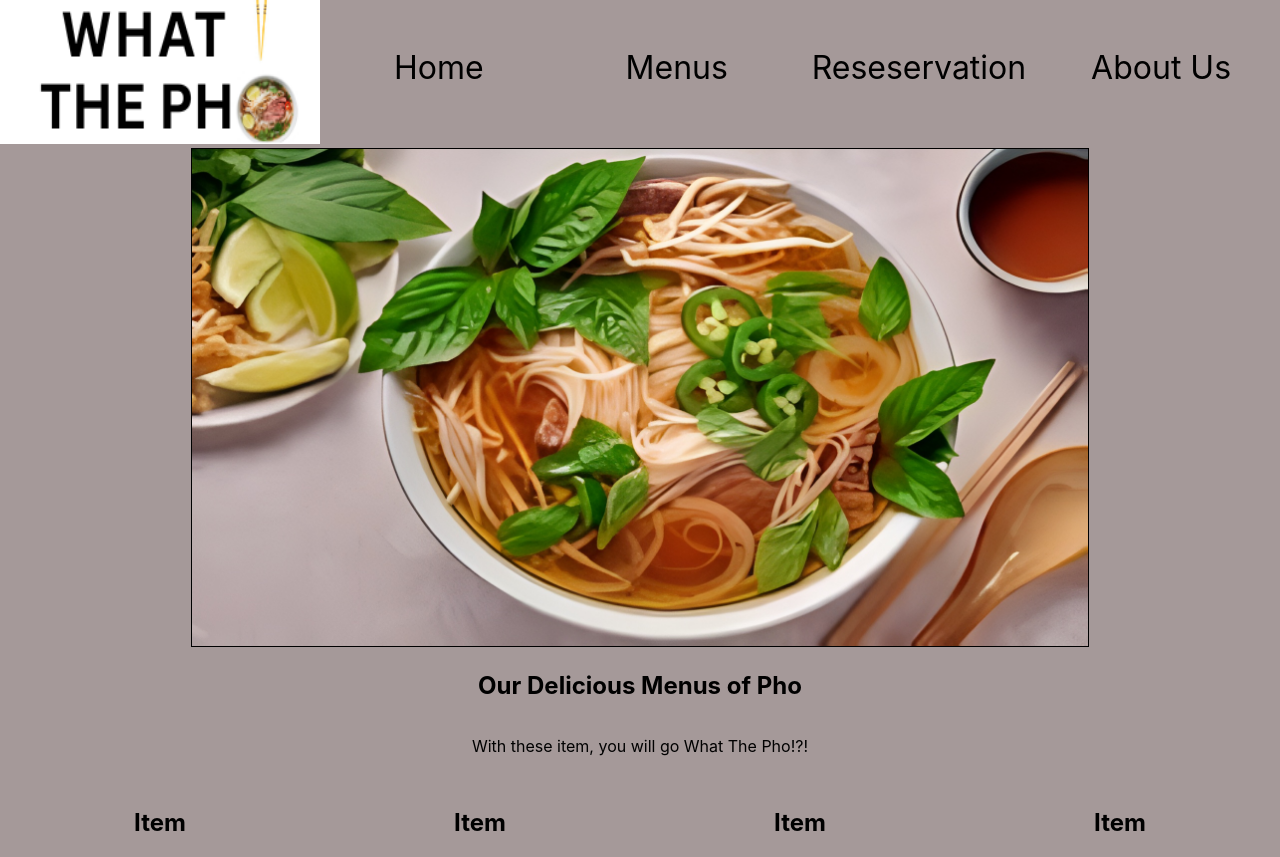
Repository: NguyenkhDang/Restaurant-Website
Page: /
The author's editor kept a copy of each file at every save. The page is drawn from the files as they stood at one save, then again after the next save.
The browser window is 1280 px wide. The pictures show the whole page.
The project was rebuilt for these pictures with package versions that can differ from the ones it lists, and the page was loaded fresh each time.

Above is the page before, as saved 2026-01-15 19:01:26.

After the next save:
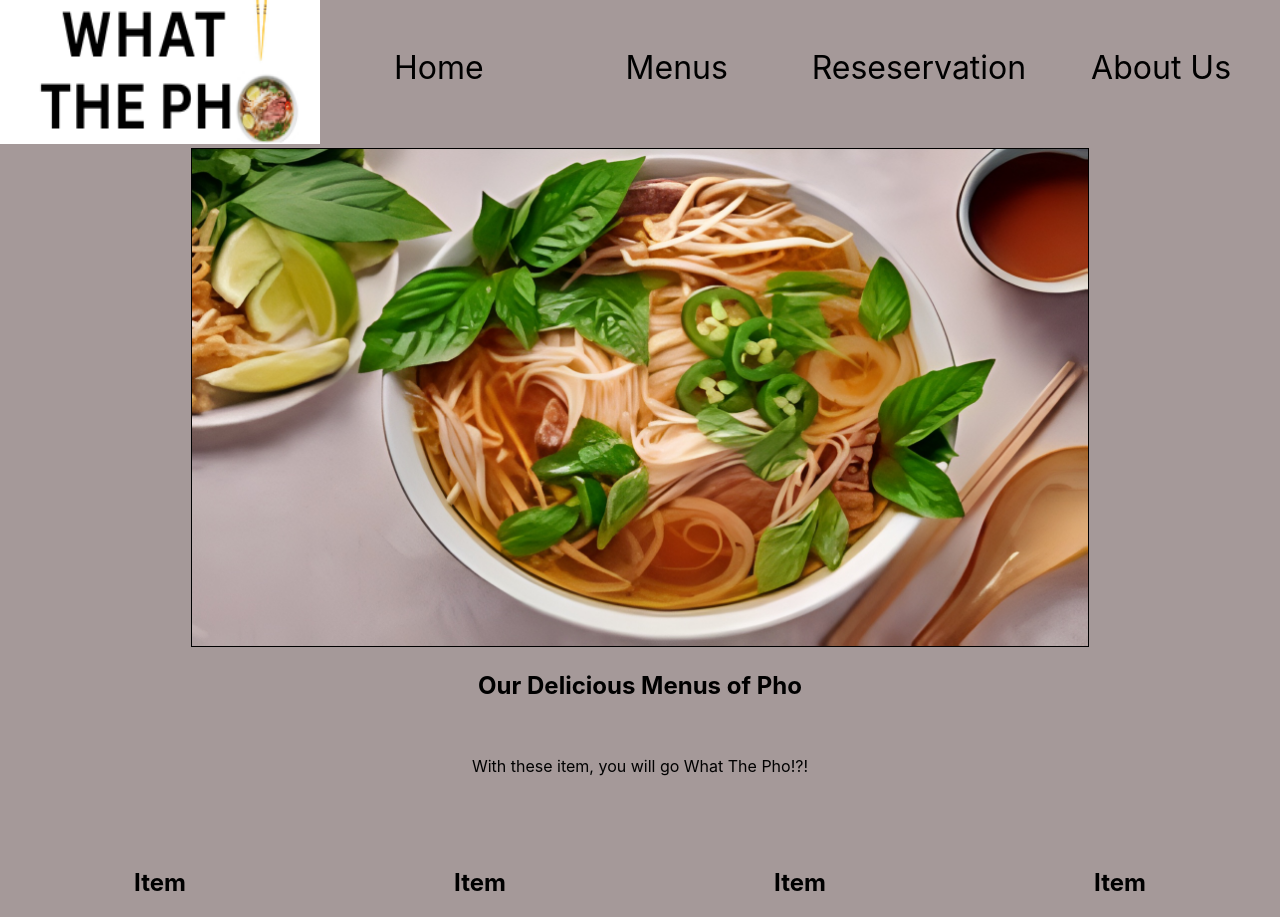
Saved 4 min 4 s later.
--- a/src/App.js
+++ b/src/App.js
@@ -17,15 +17,19 @@ function App() {
           <p>With these item, you will go What The Pho!?!</p>
           <div className="foodContainer">
             <div>
+              <img src=""/>
               <h2>Item</h2>
             </div>
             <div>
+              <img src=""/>
               <h2>Item</h2>
             </div>
             <div>
+              <img src=""/>
               <h2>Item</h2>
             </div>
             <div>
+              <img src=""/>
               <h2>Item</h2>
             </div>
           </div>
